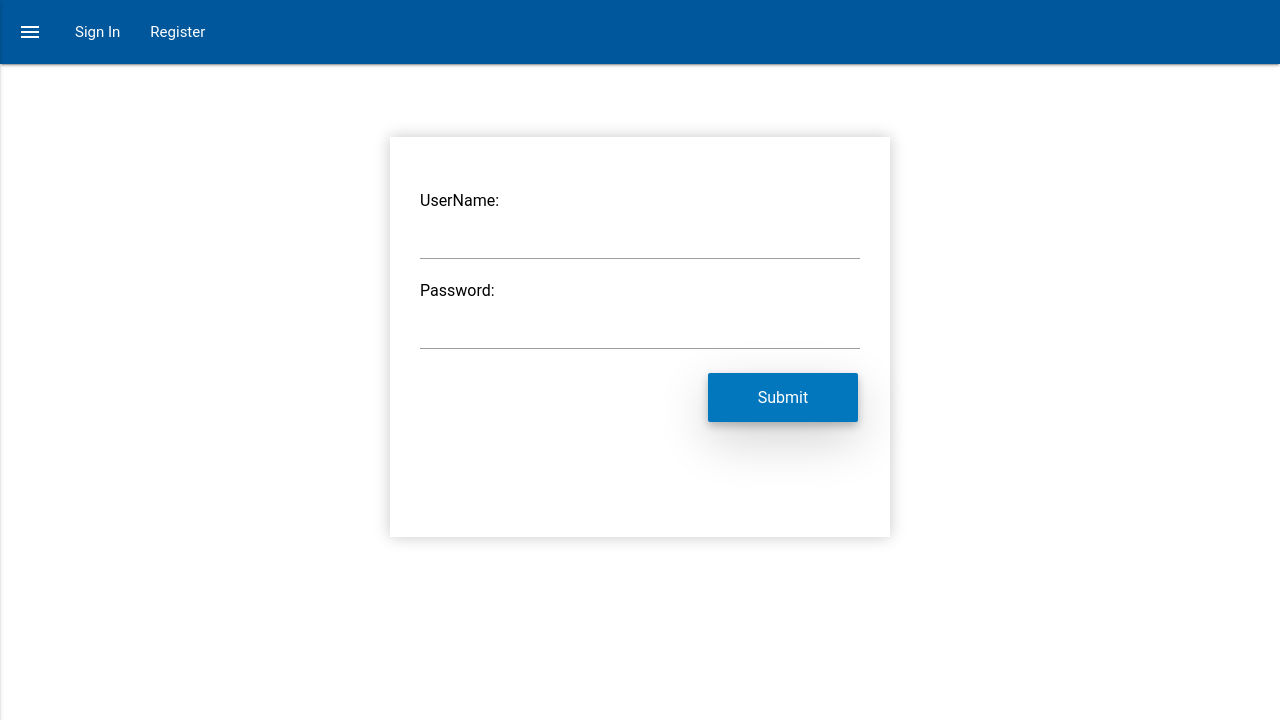
Repository: ericbleiler/pinitrest
Page: http://localhost/view/
The author's editor kept a record of every edit. The page is drawn from the files as they stood at one moment, then again after the next edit.
The browser window is 1280 px wide. The pictures show the whole page.
Some web fonts or font styles are not loaded; a fallback is used. Some web libraries are served in a nearby version. The page is run by PHP 8.4 with error messages shown; the project is at /var/www/html/.

Above is the page before.

After the next edit:
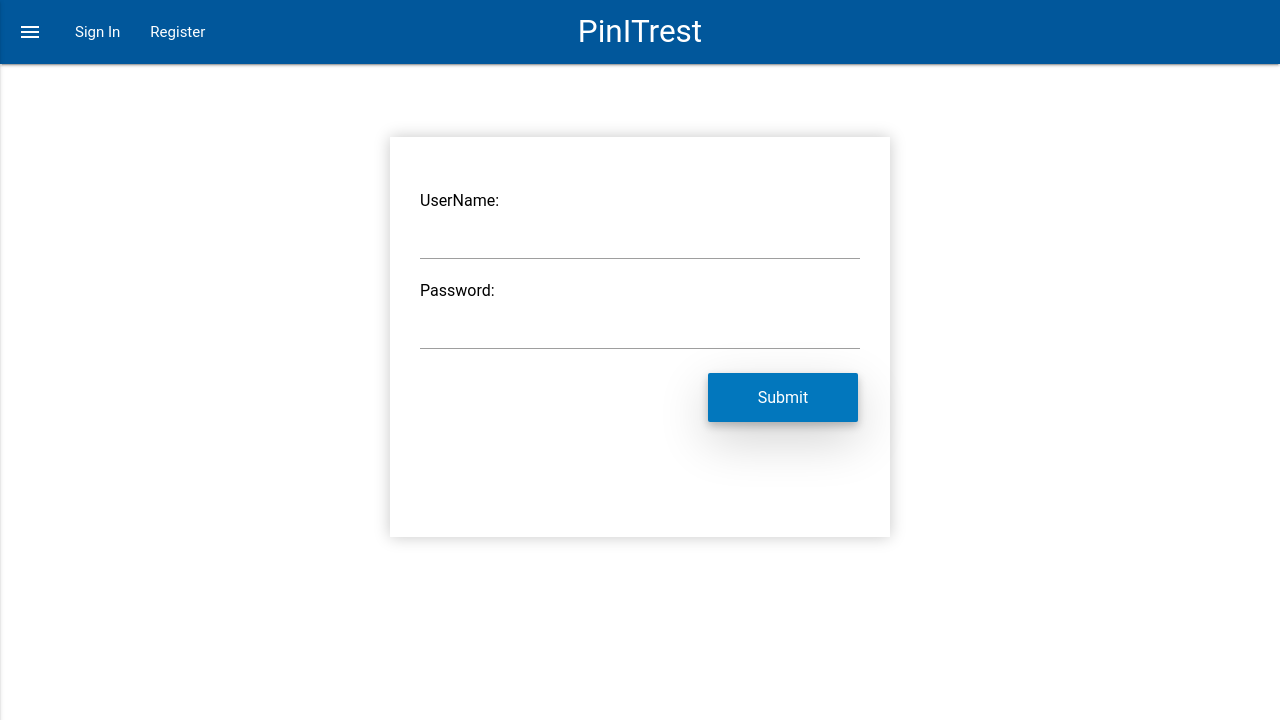
The edit:
--- a/view/headermain.php
+++ b/view/headermain.php
@@ -26,6 +26,7 @@
                 <img class="imagecircle" src="../images/<?php echo $_COOKIE["username"] ?>.jpg"></a>
             </li>
         <?php }else{ ?>
+            <li><a href="#!" class="brand-logo center">PinITrest</a></li>
             <li><a href="../view/login.php" >Sign In</a></li>
             <li><a href="../view/register.php" >Register</a></li>
 
